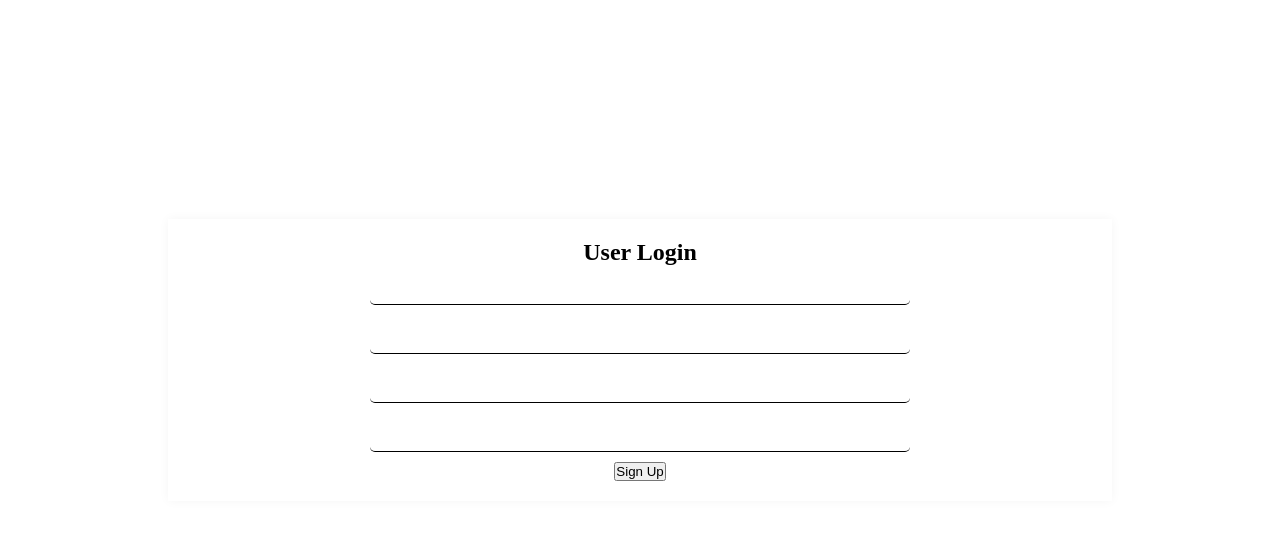
Repository: devSkhandelwal/job-search
Page: /login
An editor plug-in stored every save of this project. The page is shown before and after the next save, followed by the edit.
The browser window is 1280 px wide. The pictures show the whole page.
The project was rebuilt for these pictures with package versions that can differ from the ones it lists, and the page was loaded fresh each time. Also part of the build but not shown: src/actions/jobAction.js, src/components/FormElement/ApplyForm.js, src/containers/JobDetailsContainer.js, src/containers/JobFilterContainer.js, src/components/JobItem.js, src/components/JobList.js, src/containers/JobListContainer.js.

Above is the page before, as saved 2021-05-04 09:23:30.

After the next save:
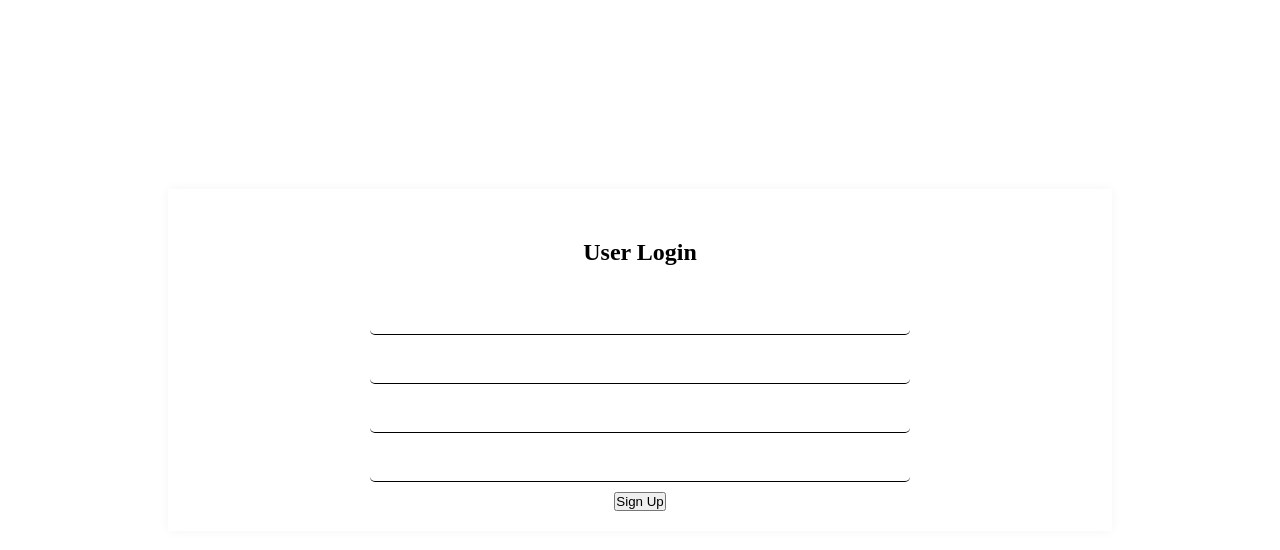
Saved 19 s later.
--- a/src/containers/LoginContainer.css
+++ b/src/containers/LoginContainer.css
@@ -11,4 +11,5 @@
 
 .login__container h2{
     text-align: center;
+    margin: 30px 0;
 }
